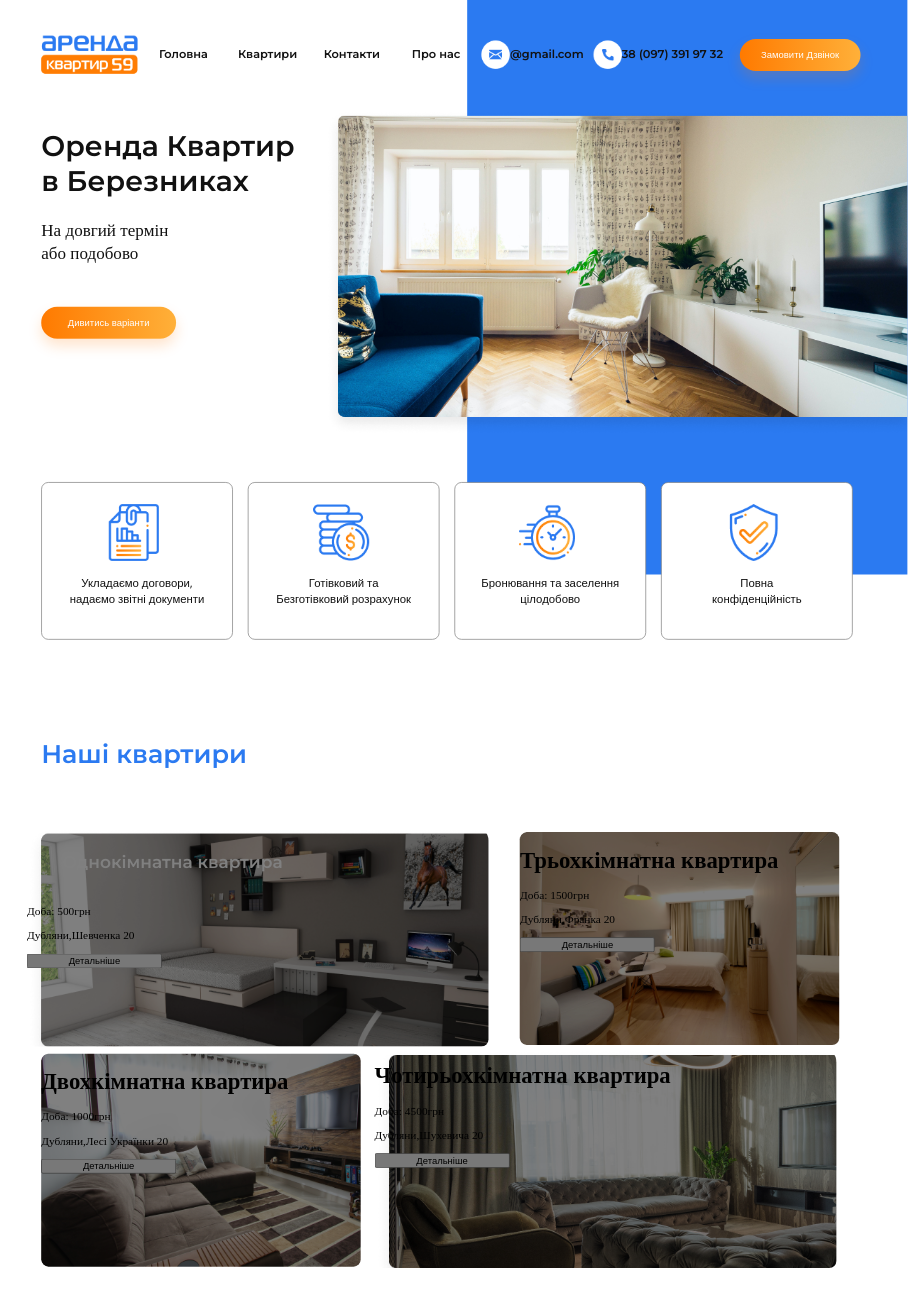
Repository: batonAnton/HW-7-grid
Page: index.html
These files come from the project's save history. The page is drawn as it stood at one moment and after the next save; the edit follows.
The browser window is 1280 px wide. The pictures show the whole page, at 71% of full size.

Above is the page before, as saved 2022-06-25 20:42:35.

### index.html
<!DOCTYPE html>
<html lang="en">
<head>
    <meta charset="UTF-8">
    <meta http-equiv="X-UA-Compatible" content="IE=edge">
    <meta name="viewport" content="width=device-width, initial-scale=1.0">
    <link rel="preconnect" href="https://fonts.googleapis.com">
    <link rel="preconnect" href="https://fonts.gstatic.com" crossorigin>
    <link href="https://fonts.googleapis.com/css2?family=Montserrat:wght@600&display=swap" rel="stylesheet">
    <link rel="preconnect" href="https://fonts.googleapis.com">
    <link rel="preconnect" href="https://fonts.gstatic.com" crossorigin>
    <link href="https://fonts.googleapis.com/css2?family=Open+Sans&display=swap" rel="stylesheet">
    <link rel="stylesheet" href="./css/styles2.css">
    <title>Grid</title>
</head>

        <div  class="wrapper allstyles">
            <header>
                <img src="./images/logo.png" alt="logo">
                <a href="" class="menu">Головна</a>
                <a href="" class="menu">Квартири</a>
                <a href="" class="menu">Контакти</a>
                <a href="" class="menu">Про нас</a>

                <div class="item mail">
                    <img src="./images/email.png" alt="email">
                    <p>@gmail.com</p>
                </div>
                <div class="item phone">
                    <img src="./images/phone.png" alt="phone">
                    <p>38 (097) 391 97 32</p>
                </div>
                <div class="item btn">
                        <button>Замовити Дзвінок </button>
                </div>
            </header>
            </div>





            <div class=" wrapper2  allstyles">
                <div class="info">
                    <h1>Оренда Квартир <br> в Березниках</h1>
                    <p>На довгий термін <br> або подобово</p>
                    <button class="btn">Дивитись варіанти</button>
                </div>
                <div class="blueblock"></div>

                <div class="banner">

                </div>
            </div>
        </div>


    <div class="wrapper3 allstyles">
         <div class=" block block1">
             <img src="./images/header 1.1.png" alt="img">
             <p>
                Укладаємо договори, <br> надаємо звітні документи
             </p>
         </div>
         <div class="block block2">
            <img src="./images/header 1.2.png" alt="img">
            <p>
                Готівковий та <br>
                Безготівковий розрахунок
            </p>
         </div>
         <div class="block block3">
            <img src="./images/header 1.3.png" alt="img">
            <p>
                Бронювання та заселення <br> цілодобово
            </p>

         </div>
         <div class="block block4">
            <img src="./images/header 1.4.png" alt="img">
            <p>
                Повна <br> конфіденційність
            </p>
         </div>
    </div>

    <div class="wrapper4 allstyles">
        <h1 class="wrapper4-h1">Наші квартири</h1>

        <div class="img1-1">
            <h1>Однокімнатна квартира</h1>
            <p>Доба: 500грн</p>
            <p>Дубляни,Шевченка 20</p>
            <button class="btn">Детальніше</button>
        </div>
        <div class="img1-2">
            <h1>Трьохкімнатна квартира</h1>
            <p>Доба: 1500грн</p>
            <p>Дубляни,Франка 20</p>
            <button class="btn">Детальніше</button>
        </div>
        <div class="img2-1">
            <h1>Двохкімнатна квартира</h1>
            <p>Доба: 1000грн</p>
            <p>Дубляни,Лесі Українки 20</p>
            <button class="btn">Детальніше</button>
        </div>
        <div class="img2-2">
            <h1>Чотирьохкімнатна квартира</h1>
            <p>Доба: 4500грн</p>
            <p>Дубляни,Шухевича 20</p>
            <button class="btn">Детальніше</button>
        </div>
        <!-- <img class="img1-1" src="./images/wrapper4/Background 1.1.png" alt="">
        <img class="img1-2" src="./images/wrapper4/Background 1.2.png" alt="">
        <img class="img2-1" src="./images/wrapper4/Background 2.1.png" alt="">
        <img class="img2-2" src="./images/wrapper4/Background 2.2.png" alt=""> -->
    </div>









</body>
</html>

### css/styles2.css
* {
  box-sizing: border-box;
}

.allstyles {
  margin: 50px 50px;
}

header {
  display: grid;
  gap: 10px;
  grid-template-columns: repeat(8, 1fr);
  grid-template-rows: 1fr;
  z-index: 1;
}

.wrapper {
  display: flex;
  justify-content: space-between;
}

.menu {
  font-family: "Montserrat", sans-serif;
  font-style: normal;
  font-weight: 600;
  font-size: 16px;
  line-height: 20px;
  text-decoration: none;
  color: #111111;
  transition: all 1s;
}

.menu:hover {
  text-decoration: underline;
}

.phone,
.mail {
  font-family: "Montserrat", sans-serif;
  font-style: normal;
  font-weight: 600;
  font-size: 16px;
  line-height: 20px;
  text-decoration: none;
  color: #111111;
  transition: all 1s;
}

.menu,
.phone,
.mail,
.btn {
  justify-content: center;
  align-items: center;
  display: flex;
}

.phone,
.btn {
  width: 190px;
}

.btn button {
  padding: 15px 30px;
  color: #fff;
  background: linear-gradient(89.77deg, #ff7a00 0.2%, #ffb039 99.82%);
  box-shadow: 0px 10px 20px rgba(255, 122, 0, 0.2);
  border-radius: 25px;
  border: none;
}

.wrapper2 {
  display: grid;
  grid-template-columns: repeat(5, 1fr);
  grid-template-rows: repeat(5, 1fr);
  z-index: 0;
}

.wrapper2 .info {
  grid-column: 1/3;
  grid-row: 1/6;
}

.info h1 {
  font-family: "Montserrat";
  font-style: normal;
  font-weight: 800;
  font-size: 40px;
  line-height: 49px;
  display: flex;
  align-items: center;
  color: #111111;
}

.info p {
  font-family: "Open Sans";
  font-style: normal;
  font-weight: 400;
  font-size: 24px;
  line-height: 33px;
  color: #111111;
}
.wrapper2 .banner {
  grid-column: 3/6;
  grid-row: 1/6;
  background-image: url(../images/bigBanner.png);
  background-repeat: no-repeat;
  background-size: contain;
  /* height: 420px; */
  margin-right: -56px;
}

.wrapper2 .btn {
  margin-top: 60px;
  padding: 15px 30px;
  color: #fff;
  background: linear-gradient(89.77deg, #ff7a00 0.2%, #ffb039 99.82%);
  box-shadow: 0px 10px 20px rgba(255, 122, 0, 0.2);
  border-radius: 25px;
  border: none;
}

.blueblock {
  grid-column: 4/6;
  grid-row: 1/6;
  background: #2b7af1;
  border-radius: 0px 0px 0px 10px;
  margin-top: -155px;
  margin-right: -56px;

  width: 620px;
  height: 810px;
}

.wrapper3 {
  display: grid;
  grid-template-columns: repeat(4, 1fr);
  margin-top: -180px;
  z-index: 1;
}

.wrapper3 p {
  font-family: "Open Sans", sans-serif;
  font-style: normal;
  font-weight: 400;
  font-size: 16px;
  line-height: 22px;
  text-align: center;
  color: #111111;
}

.block {
  width: 270px;
  /* height: 170px; */
  padding: 30px 20px;
  background: #ffffff;
  border-radius: 10px;
  border: 1px solid gray;
}

.block img {
  width: 80px;
  height: 80px;
  margin-left: 70px;
}

.block1,
.block2,
.block3,
.block4 {
  /* display: flex; */
  justify-content: space-around;
}

.block1 {
  grid-column: 1/2;
}

.block2 {
  grid-column: 2/3;
}

.block3 {
  grid-column: 3/4;
}

.block4 {
  grid-column: 4/5;
}

.wrapper4 {
  display: grid;
  grid-template-columns: repeat(5, 1fr);
  grid-template-rows: repeat(5, 1fr);
  margin-top: 115px;
  gap: 10px;
}

.wrapper4-h1 {
  grid-column: 1/6;
  font-family: "Montserrat";
  font-style: normal;
  font-weight: 800;
  font-size: 36px;
  line-height: 44px;
  color: #2b7af1;
}

.img1-1 {
  grid-column: 1/4;
  grid-row: 2/4;
  width: 650px;
  height: 300px;
  height: 310px;
  margin-top: -8px;
  background-image: url("../images/wrapper4/Background\ 1.1.png");
  /* background-size: contain; */
  background-repeat: no-repeat;
  filter: brightness(50%);
  border-radius: 10px;
  border-top-right-radius: 20px;
  margin-left: -20px;
}

.img1-2 {
  grid-column: 4/6;
  grid-row: 2/4;
  width: 450px;
  height: 300px;
  background-image: url("../images/wrapper4/Background\ 1.2.png");
  /* background-size: contain; */
  background-repeat: no-repeat;
  filter: brightness(50%);
  border-radius: 10px;
  margin-left: -30px;
}

.img2-1 {
  grid-column: 1/3;
  grid-row: 4/6;
  width: 450px;
  height: 300px;
  background-image: url("../images/wrapper4/Background\ 2.1.png");
  /* background-size: contain; */
  background-repeat: no-repeat;
  filter: brightness(50%);
  border-radius: 10px;
}

.img2-2 {
  grid-column: 3/6;
  grid-row: 4/6;
  width: 650px;
  height: 300px;
  height: 310px;
  margin-top: -8px;
  background-image: url("../images/wrapper4/Background\ 2.2.png");
  /* background-size: contain; */
  background-repeat: no-repeat;
  /* background-size: contain; */
  background-repeat: no-repeat;
  filter: brightness(50%);
  border-radius: 10px;
  border-top-right-radius: 20px;
}

.wrapper4 .img1-1 h1 {
  padding: 20px 50px 30px 50px;
  font-family: "Montserrat";
  font-style: normal;
  font-weight: 800;
  font-size: 24px;
  line-height: 29px;
  color: #ffffff;
}

After the next save:
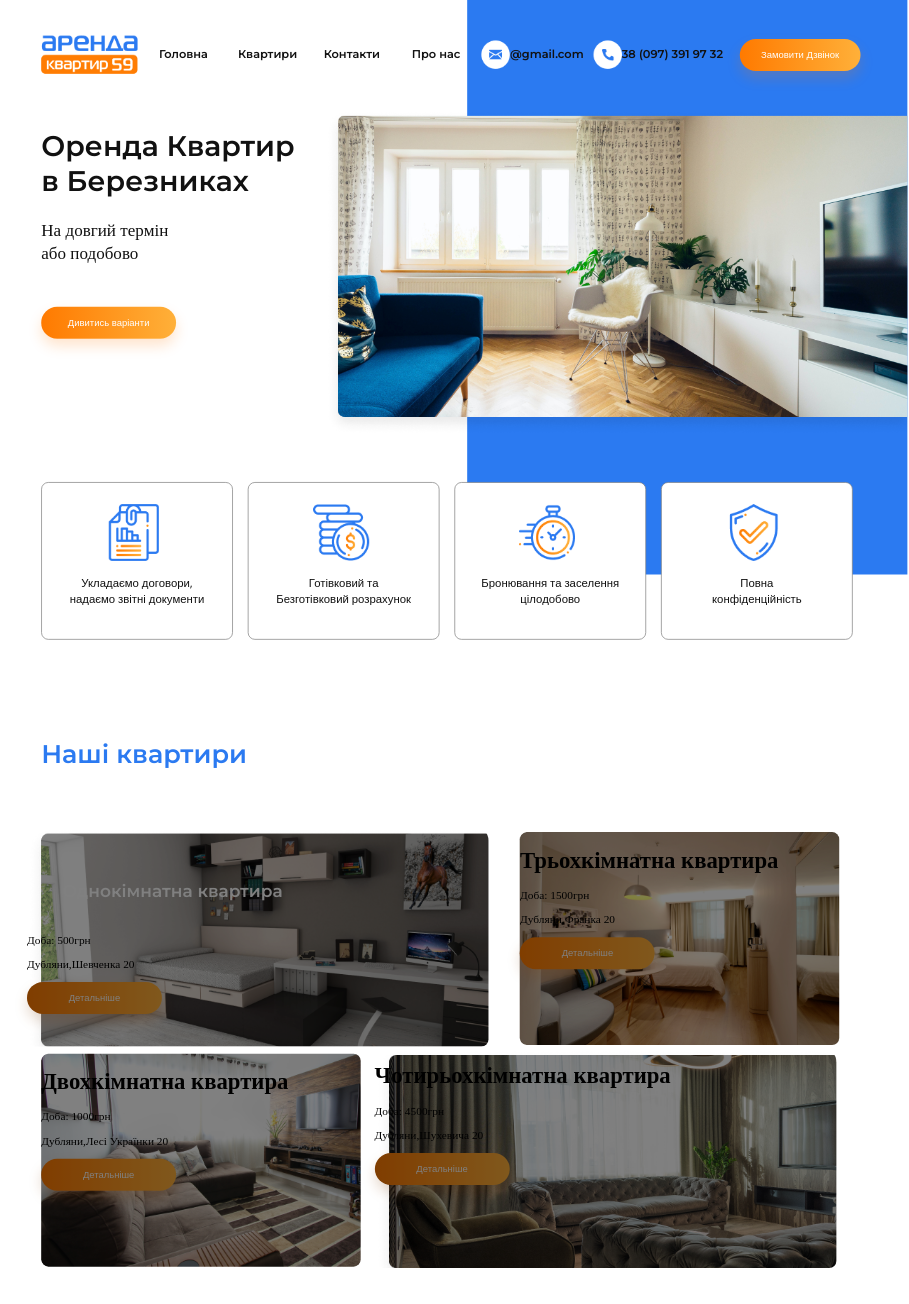
Saved 7 min 28 s later.
--- a/css/styles2.css
+++ b/css/styles2.css
@@ -60,7 +60,7 @@ header {
   width: 190px;
 }
 
-.btn button {
+.btn button, .wrapper4 .btn {
   padding: 15px 30px;
   color: #fff;
   background: linear-gradient(89.77deg, #ff7a00 0.2%, #ffb039 99.82%);
@@ -265,11 +265,21 @@ header {
 }
 
 .wrapper4 .img1-1 h1 {
-  padding: 20px 50px 30px 50px;
+  padding: 60px 50px 30px 50px;
   font-family: "Montserrat";
   font-style: normal;
   font-weight: 800;
   font-size: 24px;
   line-height: 29px;
   color: #ffffff;
-}
+  filter: brightness(100%)!important;
+}
+
+.p-price{
+    font-family: 'Montserrat';
+    font-style: normal;
+    font-weight: 400;
+    font-size: 18px;
+    line-height: 22px;
+    color: #FFFFFF;
+}
